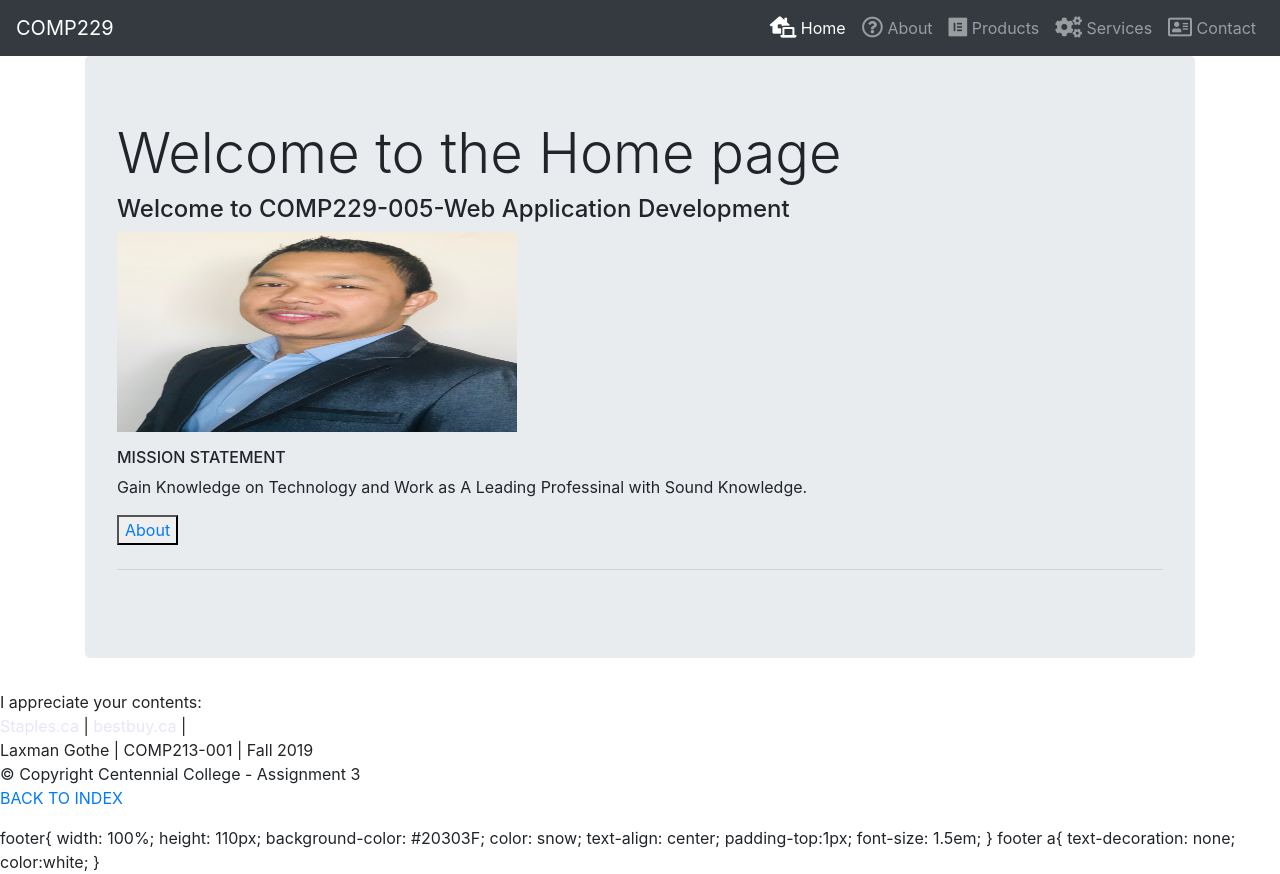
Repository: laxmangothe2020/COMP229Assignment
Page: http://localhost/
These files come from the project's save history. The page is drawn as it stood at one moment and after the next save; the edit follows.
The browser window is 1280 px wide. The pictures show the whole page.
The page is served by the project's Node server (server.js).

Above is the page before, as saved 2021-02-10 23:50:59.

After the next save:
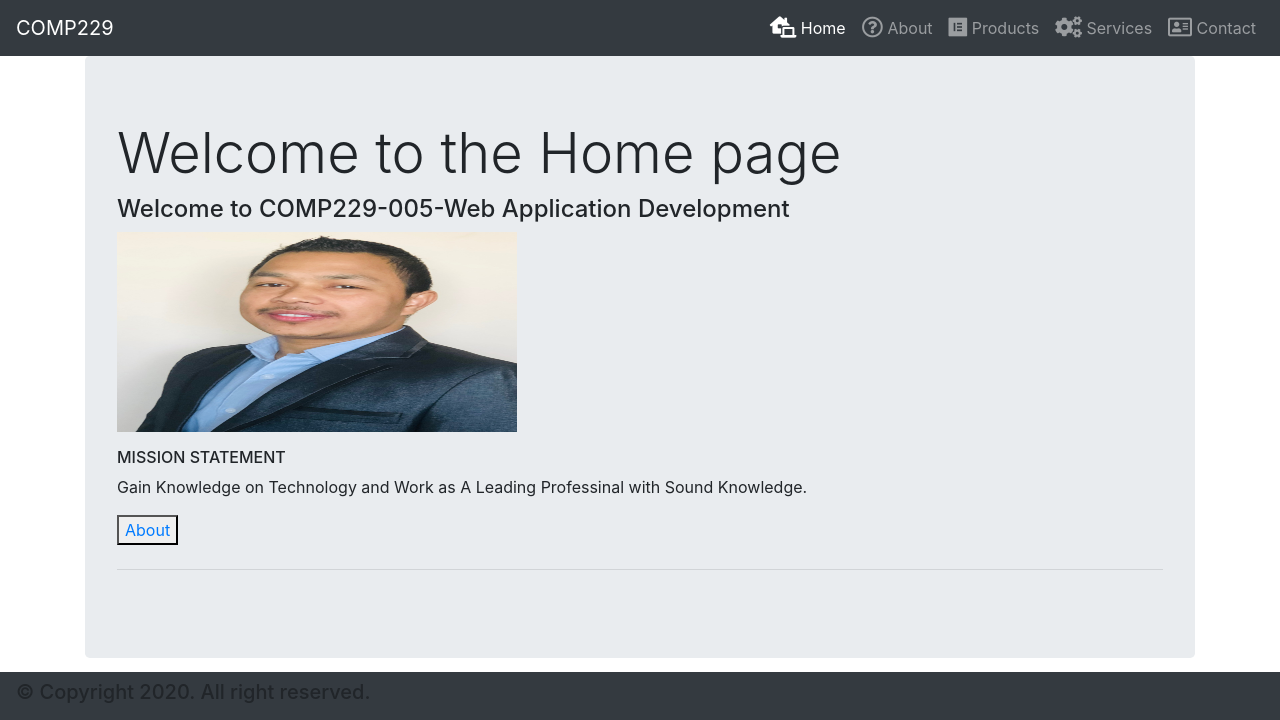
Saved 57 s later.
--- a/views/partials/bottom_nav.ejs
+++ b/views/partials/bottom_nav.ejs
@@ -1,31 +1,8 @@
 <!-- Bottom Nav -->
 
-    </div>
-            <footer>
-                    <p style="font-size: medium;">I appreciate your contents: <br>
-                        <a href="https://www.staples.ca" style="text-decoration: none;color:lavender">Staples.ca</a>
-                        | <a href="https://www.bestbuy.ca" style="text-decoration: none;color:lavender">bestbuy.ca</a> |
-
-                         <br>
-                    Laxman Gothe | COMP213-001 | Fall 2019
-                <br>&copy;&nbsp;Copyright Centennial College - Assignment 3  <br>
-            <a href="../index.html">BACK TO INDEX</a></p>
-            </footer>
-
-        </div>
-       footer{
-    width: 100%;
-    height: 110px;
-    background-color: 	#20303F;
-    color: snow;
-    text-align: center;
-    padding-top:1px;
-    font-size: 1.5em;
-
-}
-footer a{
-    text-decoration: none;
-    color:white;
-}
+    <footer>
+       <nav class="navbar fixed-bottom navbar-dark bg-dark">
+        <h5 class="display-6 navbar.text">&copy; Copyright 2020. All right reserved.</h5>
+       </nav>
 
     </footer>
